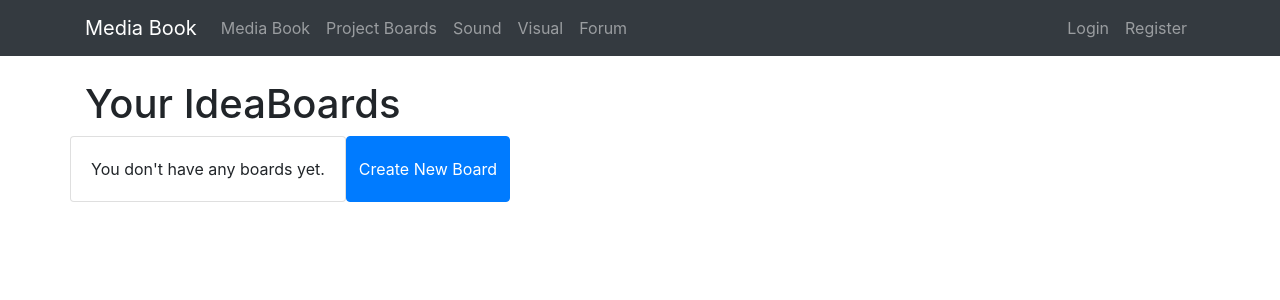
Repository: NateClarkTech/Software-Engineering-3
Page: IdeaBoards/templates/ideaboard.html
An editor plug-in stored every save of this project. The page is shown before and after the next save, followed by the edit.
The browser window is 1280 px wide. The pictures show the whole page.
Some web libraries are served in a nearby version. The template is drawn by Django 5.2. The application's start-up code is not run. Other server files are loaded and not shown. The template is opened directly, without the code that normally fills it, so the values that code supplies are empty.

Above is the page before, as saved 2024-04-09 11:20:47.

### IdeaBoards/templates/ideaboard.html
{% extends 'base.html' %}

{% load static %}

{% block title %}Boards - MedaBook{% endblock %}

{% block content %}
    <!-- Source: https://getbootstrap.com/docs/5.3/components/modal/ -->
    <!-- Modal -->
    <div class="modal fade" id="createBoard" tabindex="-1" role="dialog" aria-labelledby="CreateItemModalLabel" aria-hidden="true">
        <div class="modal-dialog" role="document">
            <div class="modal-content">
                <div class="modal-header">
                <h5 class="modal-title" id="CreateItemModalLabel">Create New Item</h5>
                <button type="button" class="close" data-dismiss="modal" aria-label="Close">
                    <span aria-hidden="true">&times;</span>
                </button>
                </div>
                <div class="modal-body">
                    <form id='createBoard' method="POST">
                        {{ form.as_p }}
                        {% csrf_token %}
                        <button type="submit">Create</button>
                    </form>
                </div>
                <div class="modal-footer">
                <button type="button" class="btn btn-secondary" data-dismiss="modal">Close</button>
                <button id='createBoardButton' type="button" class="btn btn-primary">Create Board</button>
                </div>
            </div>
        </div>
    </div>


    <h1>Your IdeaBoards</h1>
    <div class="row">
        {% if boards %}
            {% for board in boards %}
            <a class='btn' href='{{ board.id }}/' role='button'>
                <div class="card">
                    <div class="card-body">
                        <h2 class="card-title">{{ board.title }}</h2>
                        <p class="card-text">{{ board.description }}</p>
                    </div>
                </div>
            </a>
            {% endfor %}
        {% else %}
            <div class='card'>
                <div class='card-body'>
                    <p class='card-text'>You don't have any boards yet.</p>
                </div>
            </div>
        {% endif %}
        <button type="button" class="btn btn-primary" data-toggle="modal" data-target="#createBoard">
            Create New Board
        </button>
    </div>

{% endblock %}

{% block scripts %}
    <script src="{% static 'js/ideaboards.js' %}"></script>
{% endblock %}

### MediaBook/templates/base.html
<!DOCTYPE html>
<html lang="en">
<head>
    <meta charset="UTF-8">
    <meta name="viewport" content="width=device-width, initial-scale=1, shrink-to-fit=no">
    <title>{% block title %}{% endblock %}</title>
    <link rel="stylesheet" href="https://stackpath.bootstrapcdn.com/bootstrap/4.5.2/css/bootstrap.min.css">
    <!-- Add custom stylesheets here -->
    {% block stylesheets %}{% endblock %}
</head>
<body>
    <!-- Navbar -->
    {% include 'navbar.html' %}

    <!-- Main content -->
    <div class="container mt-4">
        {% block content %}{% endblock %}
    </div>

    <script src="https://code.jquery.com/jquery-3.5.1.slim.min.js"></script>
    <script src="https://cdn.jsdelivr.net/npm/@popperjs/core@2.5.4/dist/umd/popper.min.js"></script>
    <script src="https://stackpath.bootstrapcdn.com/bootstrap/4.5.2/js/bootstrap.min.js"></script>
    <!-- Add custom scripts here -->
    {% block scripts %}{% endblock %}
</body>
</html>

### MediaBook/templates/navbar.html
<nav class="navbar navbar-expand-lg navbar-dark bg-dark">
    <div class="container">
        <a class="navbar-brand" href="{% url 'home' %}">Media Book</a>
        <button class="navbar-toggler" type="button" data-toggle="collapse" data-target="#navbarNavAltMarkup" aria-controls="navbarNavAltMarkup" aria-expanded="false" aria-label="Toggle navigation">
            <span class="navbar-toggler-icon"></span>
        </button>
        <div class="collapse navbar-collapse" id="navbarNavAltMarkup">
            <ul class="navbar-nav mr-auto">
                <li class="nav-item">
                    <a class="nav-link" href="{% url 'home' %}">Media Book</a>
                </li>
                <li class="nav-item">
                    <a class="nav-link" href="#">Project Boards</a> <!-- Placeholder href -->
                </li>
                <li class="nav-item">
                    <a class="nav-link" href="#">Sound</a> <!-- Placeholder href -->
                </li>
                <li class="nav-item">
                    <a class="nav-link" href="#">Visual</a> <!-- Placeholder href -->
                </li>
                <li class="nav-item">
                    <a class="nav-link" href="{% url 'forum_home' %}">Forum</a>
                </li>
            </ul>
            <ul class="navbar-nav ml-auto">
                {% if user.is_authenticated %}
                <li class="nav-item dropdown">
                    <a class="nav-link dropdown-toggle" href="#" id="notificationsDropdown" role="button" data-toggle="dropdown" aria-haspopup="true" aria-expanded="false">
                        <i class="fas fa-bell"></i>
                        {% if global_notifications.count %}
                            <span class="badge badge-danger">{{ global_notifications.count }}</span>
                        {% endif %}
                    </a>
                    <div class="dropdown-menu dropdown-menu-right" aria-labelledby="notificationsDropdown">
                        {% for notification in global_notifications|slice:":5" %}
                            <a class="dropdown-item" href={% url 'thread_detail' notification.thread.id %}>
                                {{ notification.get_notification_type_display }} - {{ notification.date }}
                            </a>
                        {% empty %}
                            <a class="dropdown-item" href="#">No new notifications</a>
                        {% endfor %}
                        <div class="dropdown-divider"></div>
                        <a class="dropdown-item text-center" href="{% url 'notifications' %}">See all notifications</a>
                    </div>
                </li>
                    <li class="nav-item dropdown">
                        <a class="nav-link dropdown-toggle" href="#" id="navbarDropdownMenuLink" role="button" data-toggle="dropdown" aria-haspopup="true" aria-expanded="false">
                            Profile
                        </a>
                        <div class="dropdown-menu" aria-labelledby="navbarDropdownMenuLink">
                            <!-- Add additional profile-related links here -->
                            <a class="dropdown-item" href="{% url 'logout' %}">Logout</a>
                        </div>
                    </li>
                {% else %}
                    <li class="nav-item">
                        <a class="nav-link" href="{% url 'login' %}">Login</a>
                    </li>
                    <li class="nav-item">
                        <a class="nav-link" href="{% url 'register' %}">Register</a>
                    </li>
                {% endif %}
            </ul>
        </div>
    </div>
</nav>

### IdeaBoards/static/IdeaBoards/ideaboards.js
console.log('script loaded');

document.getElementById("createBoardButton").addEventListener("click", function() {
    document.getElementById("createBoard").submit();
  });

After the next save:
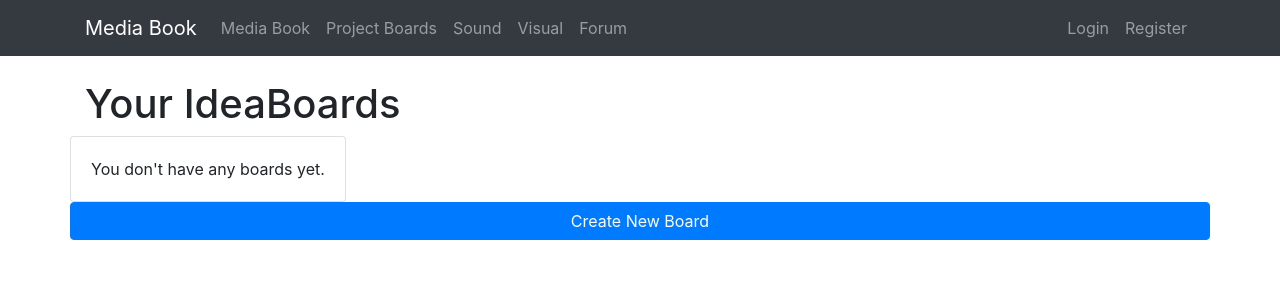
Saved 46 s later.
--- a/IdeaBoards/templates/ideaboard.html
+++ b/IdeaBoards/templates/ideaboard.html
@@ -52,7 +52,7 @@
                 </div>
             </div>
         {% endif %}
-        <button type="button" class="btn btn-primary" data-toggle="modal" data-target="#createBoard">
+        <button type="button" class="btn btn-primary col-12" data-toggle="modal" data-target="#createBoard">
             Create New Board
         </button>
     </div>

After the save that followed:
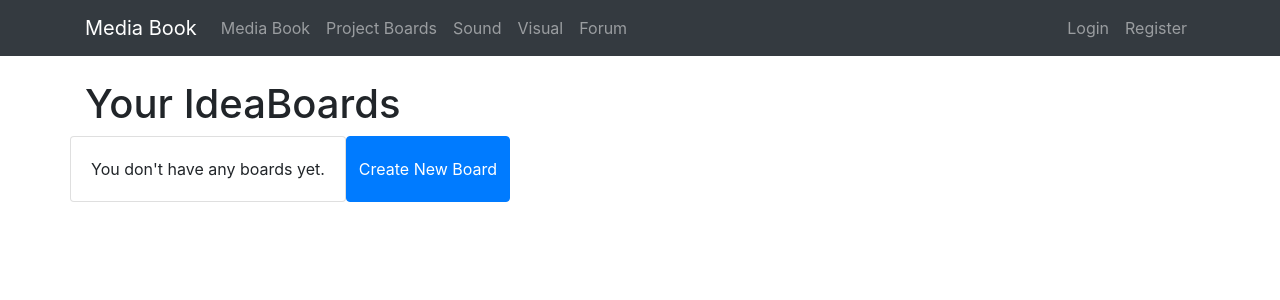
Saved 2 min 44 s later.
--- a/IdeaBoards/templates/ideaboard.html
+++ b/IdeaBoards/templates/ideaboard.html
@@ -52,7 +52,7 @@
                 </div>
             </div>
         {% endif %}
-        <button type="button" class="btn btn-primary col-12" data-toggle="modal" data-target="#createBoard">
+        <button type="button" class="btn btn-primary" data-toggle="modal" data-target="#createBoard">
             Create New Board
         </button>
     </div>
